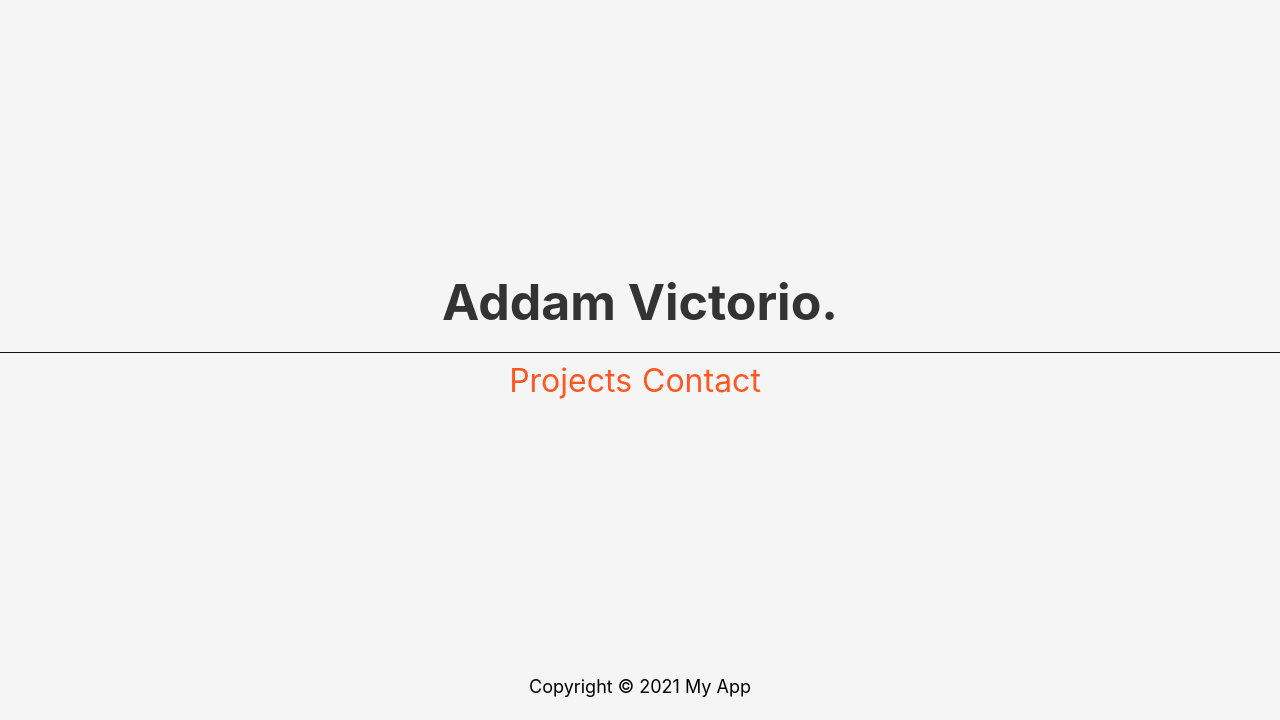
Repository: AddamVictorioDev/ProfileWebsite
Page: / (app in con/)
An editor plug-in stored every save of this project. The page is shown before and after the next save, followed by the edit.
The browser window is 1280 px wide. The pictures show the whole page.
The project was rebuilt for these pictures with package versions that can differ from the ones it lists, and the page was loaded fresh each time. Also part of the build but not shown: con/src/App.css, con/src/home.js.

Above is the page before, as saved 2023-01-18 20:58:50.

After the next save:
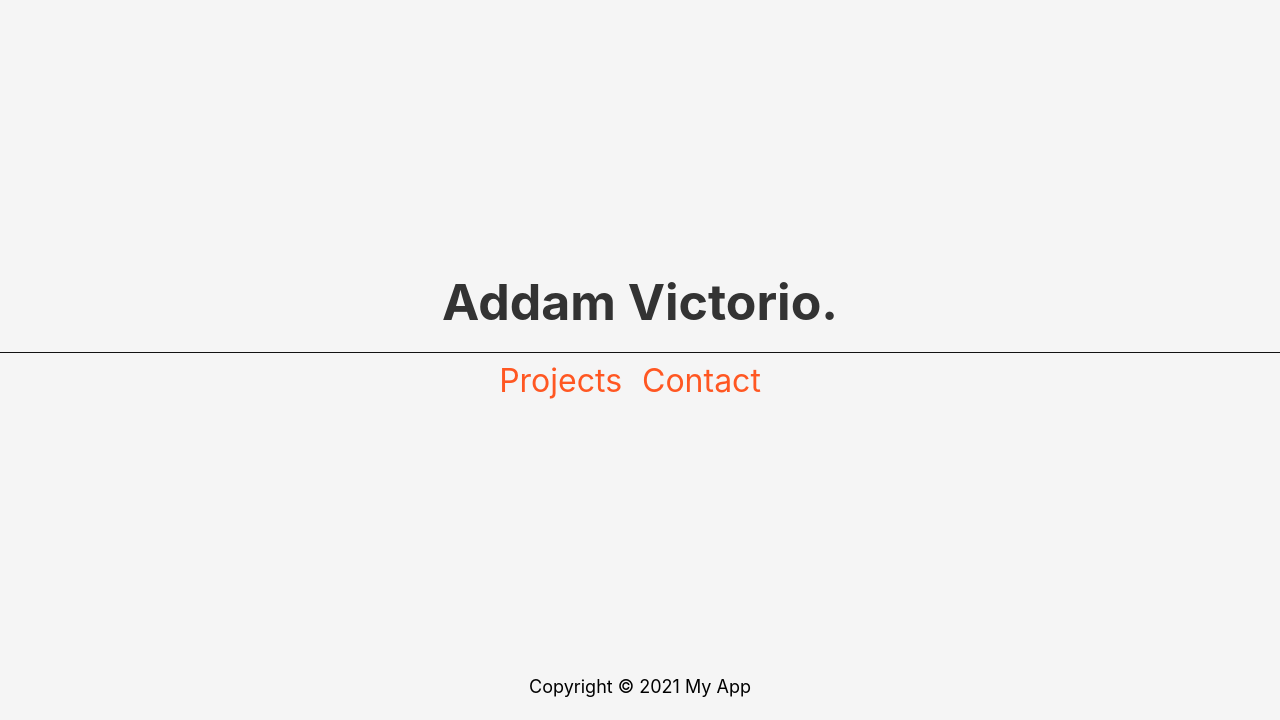
Saved 4 s later.
--- a/con/src/addam.css
+++ b/con/src/addam.css
@@ -108,7 +108,7 @@
     font-size: 18px;
     text-decoration: none;
     color: #333;
-    margin-right: 10px;
+    margin-right: 20px;
     justify-content: space-between;
 }
 

After the 2 saves that followed:
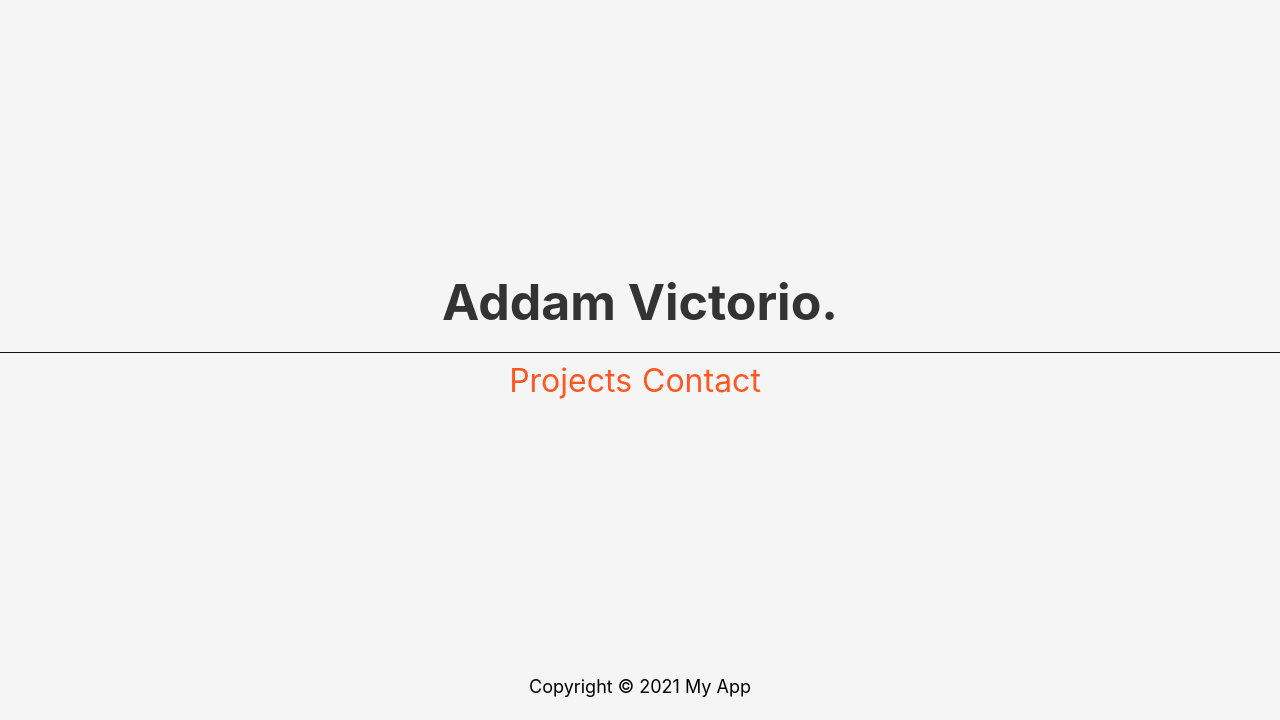
The 2 saves are shown as one change because they came seconds apart.
The last was saved 9 s later.
--- a/con/src/addam.css
+++ b/con/src/addam.css
@@ -108,8 +108,8 @@
     font-size: 18px;
     text-decoration: none;
     color: #333;
-    margin-right: 20px;
-    justify-content: space-between;
+
+
 }
 
 /* Hero section */
